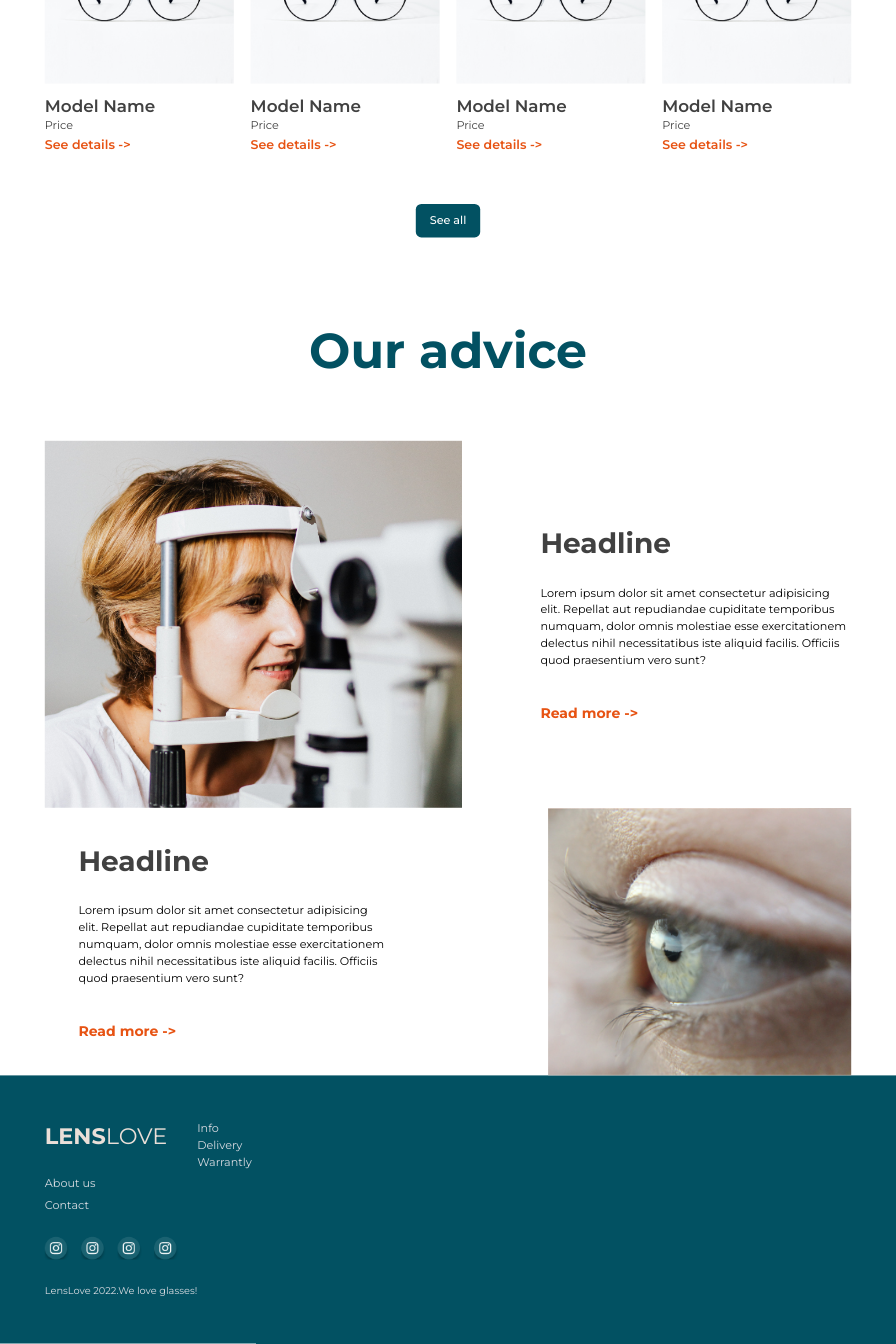
Repository: thienthanhvinh/glasses-react
Page: /
The author's editor kept a copy of each file at every save. The page is drawn from the files as they stood at one save, then again after a run of saves.
The browser window is 1280 px wide. The pictures show the part of the page from y = 3725 to 5645 px (the page is 5645 px tall), at 70% of full size.
The project was rebuilt for these pictures with package versions that can differ from the ones it lists, and the page was loaded fresh each time. Also part of the build but not shown: src/App.css, src/components/common/FormGroup.js, src/components/input/Input.js, src/components/label/Label.js, src/hooks/useDarkMode.js, src/layout/LayoutAuthentication.js, src/components/icons/IconEyeToggle.js, src/pages/SignInPage.js and 1 more.

Above is the page before, as saved 2023-02-13 10:24:51.

### public/index.html
<!DOCTYPE html>
<html lang="en">
  <head>
    <meta charset="utf-8" />
    <link rel="icon" href="%PUBLIC_URL%/favicon.ico" />
    <meta name="viewport" content="width=device-width, initial-scale=1" />
    <meta name="theme-color" content="#000000" />
    <meta
      name="description"
      content="Web site created using create-react-app"
    />
    <link rel="apple-touch-icon" href="%PUBLIC_URL%/logo192.png" />
    <!--
      manifest.json provides metadata used when your web app is installed on a
      user's mobile device or desktop. See https://developers.google.com/web/fundamentals/web-app-manifest/
    -->
    <link rel="manifest" href="%PUBLIC_URL%/manifest.json" />
    <!--
      Notice the use of %PUBLIC_URL% in the tags above.
      It will be replaced with the URL of the `public` folder during the build.
      Only files inside the `public` folder can be referenced from the HTML.

      Unlike "/favicon.ico" or "favicon.ico", "%PUBLIC_URL%/favicon.ico" will
      work correctly both with client-side routing and a non-root public URL.
      Learn how to configure a non-root public URL by running `npm run build`.
    -->
    <link href="https://fonts.googleapis.com/css2?family=Montserrat:wght@300;400;500;600;700&display=swap" rel="stylesheet">
    <title>React App</title>
  </head>
  <body>
    <noscript>You need to enable JavaScript to run this app.</noscript>
    <div id="root"></div>
    <!--
      This HTML file is a template.
      If you open it directly in the browser, you will see an empty page.

      You can add webfonts, meta tags, or analytics to this file.
      The build step will place the bundled scripts into the <body> tag.

      To begin the development, run `npm start` or `yarn start`.
      To create a production bundle, use `npm run build` or `yarn build`.
    -->
  </body>
</html>

### src/index.js
import React from 'react';
import ReactDOM from 'react-dom/client';
import './index.css';
import App from './App';
import reportWebVitals from './reportWebVitals';
import { BrowserRouter } from 'react-router-dom';
import { ToastContainer, toast } from 'react-toastify';
import 'react-toastify/dist/ReactToastify.css';

const root = ReactDOM.createRoot(document.getElementById('root'));
root.render(
  // <React.StrictMode>
  <BrowserRouter>
    <App />
    <ToastContainer></ToastContainer>
  </BrowserRouter>
  // </React.StrictMode>
);

// If you want to start measuring performance in your app, pass a function
// to log results (for example: reportWebVitals(console.log))
// or send to an analytics endpoint. Learn more: https://bit.ly/CRA-vitals
reportWebVitals();

### src/index.css
/* body {
  margin: 0;
  font-family: -apple-system, BlinkMacSystemFont, 'Segoe UI', 'Roboto', 'Oxygen',
    'Ubuntu', 'Cantarell', 'Fira Sans', 'Droid Sans', 'Helvetica Neue',
    sans-serif;
  -webkit-font-smoothing: antialiased;
  -moz-osx-font-smoothing: grayscale;
}

code {
  font-family: source-code-pro, Menlo, Monaco, Consolas, 'Courier New',
    monospace;
} */

@tailwind base;
@tailwind components;
@tailwind utilities;

body {
  font-family: 'Montserrat', sans-serif;
}
/* .darkmode-input:checked + div .darkmode-spinner {
  transform: translateX(33px);
} */
.active-light {
  transform: translateX(0px);
  transition: all 0.4s;
}
.active-dark {
  transform: translateX(33px);
  transition: all 0.4s;
}

/* .darkmode-input:checked + div {


} */

/* .darkmode-input:checked + div .darkmode-spinner {
  background-color: white;
} */

### src/App.js

import { Route, Routes } from 'react-router-dom';
import './App.css';
import HomePage from './pages/HomePage';
import SignInPage from './pages/SignInPage';
import SignUpPage from './pages/SignUpPage';

function App() {
  return (
    <Routes>
      <Route path='/sign-up' element={<SignUpPage></SignUpPage>}></Route>
      <Route path='/sign-in' element={<SignInPage></SignInPage>}></Route>
      <Route path='/' element={<HomePage></HomePage>}></Route>
    </Routes>
  );
}

export default App;

### src/pages/HomePage.js
import React, { Fragment } from "react";
import Category from "../components/category/Category";
import Heading from "../components/common/Heading";
import Intro from "../components/intro/Intro";
import SpringSales from "../components/sales/SpringSales";
import LayoutMenu from "../layout/LayoutMenu";
import GlassesGrid from "../modules/GlassesGrid";
import GlassesItem from "../modules/GlassesItem";
import { v4 } from "uuid";
import Button from "../components/button/Button";
import HeadLine from "../modules/HeadLine";
import LayoutFooter from "../layout/LayoutFooter";

const HomePage = () => {
  return (
    <Fragment>
      <LayoutMenu></LayoutMenu>
      <SpringSales></SpringSales>
      <Intro></Intro>
      <Category></Category>
      <Heading>Popular</Heading>
      <GlassesGrid>
        {Array(4)
          .fill(0)
          .map((item) => (
            <GlassesItem key={v4()}></GlassesItem>
          ))}
        {/* <GlassesItem></GlassesItem> */}
      </GlassesGrid>
      <div className="text-center mb-[140px]">
        <Button className="mt-[70px] px-5 py-2 rounded-[4px]">See all</Button>
      </div>
      <Heading>New</Heading>
      <GlassesGrid>
        {Array(4)
          .fill(0)
          .map((item) => (
            <GlassesItem key={v4()}></GlassesItem>
          ))}
      </GlassesGrid>
      <div className="text-center mb-[140px]">
        <Button className="mt-[70px] px-5 py-2 rounded-[4px]">See all</Button>
      </div>
      <Heading>Sunwear</Heading>
      <GlassesGrid>
        {Array(4)
          .fill(0)
          .map((item) => (
            <GlassesItem key={v4()}></GlassesItem>
          ))}
      </GlassesGrid>
      <div className="text-center mb-[112px]">
        <Button className="mt-[70px] px-5 py-2 rounded-[4px]">See all</Button>
      </div>
      <Heading className="mb-[80px]">Our advice</Heading>
      <HeadLine></HeadLine>
      <HeadLine type="secondary"></HeadLine>
      <LayoutFooter></LayoutFooter>
    </Fragment>
  );
};

export default HomePage;

### src/components/category/Category.js
import React from 'react';
import Button from '../button/Button';

const Category = () => {
    return (
        <div className='flex mb-[112px] mx-auto max-w-[1400px] w-full gap-x-2'>
            <div className='h-[596px] relative'>
                <img src="/category1.png" alt="" className='w-full h-full object-cover' />
                <div className='absolute bottom-24 left-14'>
                    <p className='font-extrabold text-[40px] leading-[98px] text-white'>Optical</p>
                    <Button className='bg-secondary text-primary rounded-[4px] px-6 py-2 font-bold text-lg leading-[30px]'>Buy</Button>
                </div>
            </div>
            <div className='h-[596px] relative'>
                <img src="/category2.png" alt="" className='w-full h-full object-cover' />
                <div className='absolute bottom-24 left-14'>
                    <p className='font-extrabold text-[40px] leading-[98px] text-white'>Sunwear</p>
                    <Button className='bg-secondary text-primary rounded-[4px] px-6 py-2 font-bold text-lg leading-[30px]'>Buy</Button>
                </div>
            </div>
        </div>
    );
};

export default Category;

### src/components/common/Heading.js
import React from 'react';

const Heading = ({children, className = ''}) => {
    return (
        <h2 className={`font-extrabold text-[70px] leading-[98px] text-center text-primary mb-[70px] ${className}`}>
            {children}
        </h2>
    );
};
export default Heading;

### src/components/intro/Intro.js
import React from 'react';

const Intro = () => {
    return (
        <div className='flex items-center justify-center gap-x-[300px] mt-[64px] mb-[110px]'>
            <div className='flex flex-col items-center'>
                <img srcSet="/Icon1.png 2x" alt="" className='w-[80px] h-[80px] object-cover' />
                <p className='text-tertiary text-xl leading-[30px] font-bold'>Original products</p>
            </div>
            <div className='flex flex-col items-center'>
                <img srcSet="/Icon2.png 2x" alt="" className='w-[80px] h-[80px] object-cover' />
                <p className='text-tertiary text-xl leading-[30px] font-bold'>Original products</p>
            </div>
            <div className='flex flex-col items-center'>
                <img srcSet="/Icon3.png 2x" alt="" className='w-[80px] h-[80px] object-cover' />
                <p className='text-tertiary text-xl leading-[30px] font-bold'>Original products</p>
            </div>
        </div>
    );
};

export default Intro;

### src/components/sales/SpringSales.js
import React from 'react';
import Button from '../button/Button';

const SpringSales = () => {
    return (
        <div className='bg-secondary h-[700px] w-full flex items-center justify-between'>
            <div className='ml-[112px]'>
                <h2 className='text-primary text-[70px] font-extrabold leading-[98px]'>Spring Sale</h2>
                <p className='text-primary text-[50px] font-medium leading-[68px] mb-[48px]'>Up to -40%</p>
                <Button className='text-white bg-primary rounded-lg px-8 py-2 text-lg'>See offer</Button>
            </div>
            <div className='h-[700px]'>
                <img src="/photo1.png" alt="" className='w-full h-auto object-cover' />
            </div>
        </div>
    );
};

export default SpringSales;

### src/layout/LayoutMenu.js
import React from "react";
import { Link } from "react-router-dom";
import Navbar from "../components/navbar/Navbar";

const LayoutMenu = () => {
  return (
    <div className="py-10 px-16">
      <div className="flex items-center justify-between mb-14">
        <img src="/logo.png" alt="" className="w-[140px] h-auto object-cover" />
        <div className="flex gap-x-5 text-secondary-3 text-[15px] font-medium">
            <span>0371 525 777</span>
            <Link to="/">Help</Link>
            <Link to="/sign-in">Account</Link>
        </div>
      </div>
      <Navbar></Navbar>
    </div>
  );
};

export default LayoutMenu;

### src/modules/GlassesGrid.js
import React from 'react';

const GlassesGrid = ({children, className = ''}) => {
    return (
        <div className={`grid grid-cols-4 gap-x-6 px-16 ${className}`}>
            {children}
        </div>
    );
};

export default GlassesGrid;

### src/modules/GlassesItem.js
import React from "react";

const GlassesItem = () => {
  return (
    <div className="flex flex-col">
      <div className="h-[250px] mb-4">
        <img src="/glasses.png" alt="" className="w-full h-full object-cover" />
      </div>
      <p className="text-secondary-3 font-semibold text-2xl">Model Name</p>
      <p className="font-normal text-secondary-3">Price</p>
      <p className="font-semibold text-lg leading-[30px] text-tertiary">
        See details ->
      </p>
    </div>
  );
};

export default GlassesItem;

### src/components/button/Button.js
import React from 'react';

const Button = ({type, children, className=''}) => {
    return (
        <button type='submit' className={`bg-primary text-white ${className} rounded-lg px-3 py-3 font-medium`}>
            {children}
        </button>
    );
};

export default Button;

### src/modules/HeadLine.js
import React from "react";
import HeadlineImage from "./HeadlineImage";
import HeadlineContent from "./HeadlineContent";

const HeadLine = ({type = "default"}) => {
    if(type === "default") {
        return (
            <div className="w-full flex items-center gap-x-[112px] px-16">
              <HeadlineImage></HeadlineImage>
              <HeadlineContent></HeadlineContent>
            </div>
          );
    } else {
        return (
            <div className="w-full flex items-center gap-x-[227px] px-16">
              <HeadlineContent className="ml-[48px]"></HeadlineContent>
              <HeadlineImage src="headline2.png" className=""></HeadlineImage>
            </div>
          );
    }

};

export default HeadLine;

### src/layout/LayoutFooter.js
import React from 'react';
import { Link } from 'react-router-dom';

const LayoutFooter = () => {
    return (
        <div className='bg-primary flex px-16 py-16 text-gray-white'>
            <div className='flex flex-col'>
                <h2 className='text-secondary font-extrabold text-[32px] leading-[46px] mb-8'>LENS<span className='font-normal'>LOVE</span></h2>
                <Link to="/about" className='mb-2'>About us</Link>
                <Link to="contact" className='mb-8'>Contact</Link>
                <div className='flex gap-x-4 mb-8'>
                    <span><img src="/Instagram.png" alt="" /></span>
                    <span><img src="/Instagram.png" alt="" /></span>
                    <span><img src="/Instagram.png" alt="" /></span>
                    <span><img src="/Instagram.png" alt="" /></span>
                </div>
                <p className='text-[14px] leading-[24px]'>LensLove 2022.We love glasses!</p>
            </div>
            <div>
                <div>
                    <h3>Info</h3>
                    <p>Delivery</p>
                    <p>Warrantly</p>

                </div>
            </div>
        </div>
    );
};

export default LayoutFooter;

### src/components/navbar/Navbar.js
import React from "react";
import { Link } from "react-router-dom";

const Navbar = () => {
  return (
    <div className="flex">
      <ul className="flex text-sm font-semibold gap-x-8">
        <li>
          <Link to="/">Shops</Link>
        </li>
        <li>
          <Link to="/">Offers</Link>
        </li>
        <li>
          <Link to="/">Warranty</Link>
        </li>
        <li>
          <Link to="/">Medical</Link>
        </li>
        <li>
          <Link to="/">Info</Link>
        </li>
        <li>
          <Link to="/">Blog</Link>
        </li>
        <li>
          <Link to="/">About us</Link>
        </li>
        <li>
          <Link to="/">Contact</Link>
        </li>
      </ul>
      <div className="ml-auto flex items-center gap-x-8">
        <div className="flex gap-x-[6px] items-center">
          <svg
            width={18}
            height={17}
            viewBox="0 0 18 17"
            fill="none"
            xmlns="http://www.w3.org/2000/svg"
          >
            <path
              d="M17.153 15.747L12.8535 11.5161C13.9794 10.2929 14.6712 8.67509 14.6712 6.89489C14.6707 3.0867 11.534 0 7.66437 0C3.79477 0 0.658081 3.0867 0.658081 6.89489C0.658081 10.7031 3.79477 13.7898 7.66437 13.7898C9.3363 13.7898 10.8698 13.2115 12.0743 12.2501L16.3905 16.4976C16.6008 16.7047 16.9422 16.7047 17.1525 16.4976C17.3633 16.2904 17.3633 15.9541 17.153 15.747ZM7.66437 12.729C4.39027 12.729 1.7361 10.117 1.7361 6.89489C1.7361 3.67281 4.39027 1.06082 7.66437 1.06082C10.9385 1.06082 13.5926 3.67281 13.5926 6.89489C13.5926 10.117 10.9385 12.729 7.66437 12.729Z"
              fill="#414141"
            />
          </svg>
          <span className="text-sm font-semibold">Search</span>
        </div>
        <span>
          <svg
            width="19"
            height="17"
            viewBox="0 0 19 17"
            fill="none"
            xmlns="http://www.w3.org/2000/svg"
          >
            <path
              d="M2.14414 8.80841C0.111678 6.47788 0.614575 3.72661 2.23686 2.03652C3.85628 0.349414 6.5587 -0.245866 8.98238 1.79479L8.98243 1.79483C9.37299 2.12358 9.93842 2.1081 10.3148 1.781L10.3148 1.78097C12.5442 -0.15713 15.2905 0.329246 16.9821 1.956C17.8273 2.76872 18.3905 3.85299 18.4856 5.03784C18.5799 6.21232 18.2175 7.5254 17.1436 8.81679L10.2601 16.0112C9.92623 16.3602 9.36908 16.3602 9.03526 16.0113L2.14414 8.80841Z"
              stroke="#414141"
            />
          </svg>
        </span>
        <span>
          <svg
            width="17"
            height="18"
            viewBox="0 0 17 18"
            fill="none"
            xmlns="http://www.w3.org/2000/svg"
          >
            <path
              d="M0.672966 15.0244L1.47201 5.03632H10.653L11.452 15.0244C11.5228 15.9093 10.8238 16.6665 9.93602 16.6665H2.18895C1.30121 16.6665 0.602173 15.9093 0.672966 15.0244Z"
              stroke="#414141"
              stroke-linecap="round"
              stroke-linejoin="round"
            />
            <path
              d="M3.58252 7.56769V3.52604C3.58252 2.68402 4.08773 1 6.10856 1C8.12938 1 8.63459 2.68402 8.63459 3.52604V7.56769"
              stroke="#414141"
              stroke-linecap="round"
              stroke-linejoin="round"
            />
            <rect x="6" y="9" width="11" height="8" rx="4" fill="#414141" />
            <path
              d="M11.8424 15.084C11.5568 15.084 11.3048 15.0233 11.0864 14.902C10.868 14.7788 10.6972 14.608 10.574 14.3896C10.4527 14.1712 10.392 13.9192 10.392 13.6336V12.3344C10.392 12.0488 10.4527 11.7968 10.574 11.5784C10.6972 11.36 10.868 11.1901 11.0864 11.0688C11.3048 10.9456 11.5568 10.884 11.8424 10.884C12.128 10.884 12.3791 10.9456 12.5956 11.0688C12.814 11.1901 12.9848 11.36 13.108 11.5784C13.2312 11.7968 13.2928 12.0488 13.2928 12.3344V13.6336C13.2928 13.9192 13.2312 14.1712 13.108 14.3896C12.9848 14.608 12.814 14.7788 12.5956 14.902C12.3791 15.0233 12.128 15.084 11.8424 15.084ZM11.8424 14.4428C11.9843 14.4428 12.1131 14.4092 12.2288 14.342C12.3445 14.2729 12.436 14.1815 12.5032 14.0676C12.5704 13.9519 12.604 13.8231 12.604 13.6812V12.284C12.604 12.1403 12.5704 12.0115 12.5032 11.8976C12.436 11.7819 12.3445 11.6904 12.2288 11.6232C12.1131 11.5541 11.9843 11.5196 11.8424 11.5196C11.7005 11.5196 11.5717 11.5541 11.456 11.6232C11.3403 11.6904 11.2488 11.7819 11.1816 11.8976C11.1144 12.0115 11.0808 12.1403 11.0808 12.284V13.6812C11.0808 13.8231 11.1144 13.9519 11.1816 14.0676C11.2488 14.1815 11.3403 14.2729 11.456 14.342C11.5717 14.4092 11.7005 14.4428 11.8424 14.4428Z"
              fill="white"
            />
          </svg>
        </span>
      </div>
    </div>
  );
};

export default Navbar;

### src/modules/HeadlineImage.js
import React from 'react';

const HeadlineImage = ({className= '', src = "/headline1.png"}) => {
    return (
        <div className={className}>
             <img src={src} alt="" />
        </div>
    );
};

export default HeadlineImage;

### src/modules/HeadlineContent.js
import React from "react";

const HeadlineContent = ({className = ''}) => {
  return (
    <div className={className}>
      <h2 className="text-secondary-3 font-extrabold text-[40px] leading-[54px] mb-8">
        Headline
      </h2>
      <p className="w-[444px] mb-[48px]">
        Lorem ipsum dolor sit amet consectetur adipisicing elit. Repellat aut
        repudiandae cupiditate temporibus numquam, dolor omnis molestiae esse
        exercitationem delectus nihil necessitatibus iste aliquid facilis.
        Officiis quod praesentium vero sunt?
      </p>
      <p className="text-tertiary text-xl font-bold leading-[30px]">
        Read more ->
      </p>
    </div>
  );
};

export default HeadlineContent;

### tailwind.config.js
/** @type {import('tailwindcss').Config} */
module.exports = {
  content: [
    "./src/**/*.{js,jsx,ts,tsx}",
  ],
  darkMode: 'class',
  theme: {
    extend: {
      colors: {
        'color-1': "#808191",
        'color-2': "#2d3436",
        'primary' : '#025162',
        'secondary': '#EADFD8',
        'secondary-3': '#414141',
        'tertiary' : '#E75313',
        'lens': '#D4E1F4',
        'gray-white': '#D9DBE1',
        'dark-text-primary': '#dfe6e9',
        'dark-color' : '#4e4f50',
        'dark-secon-color': '#2d3436',
        'dark-third-color': '#3a3a3a',
        'dark-four-color' : '#242526',
        'dark-five-color' : '#3A3A3A',

      }
    },
  },
  plugins: [],
}

Loaded but not shown: src/reportWebVitals.js (common file)

After the next 4 saves:
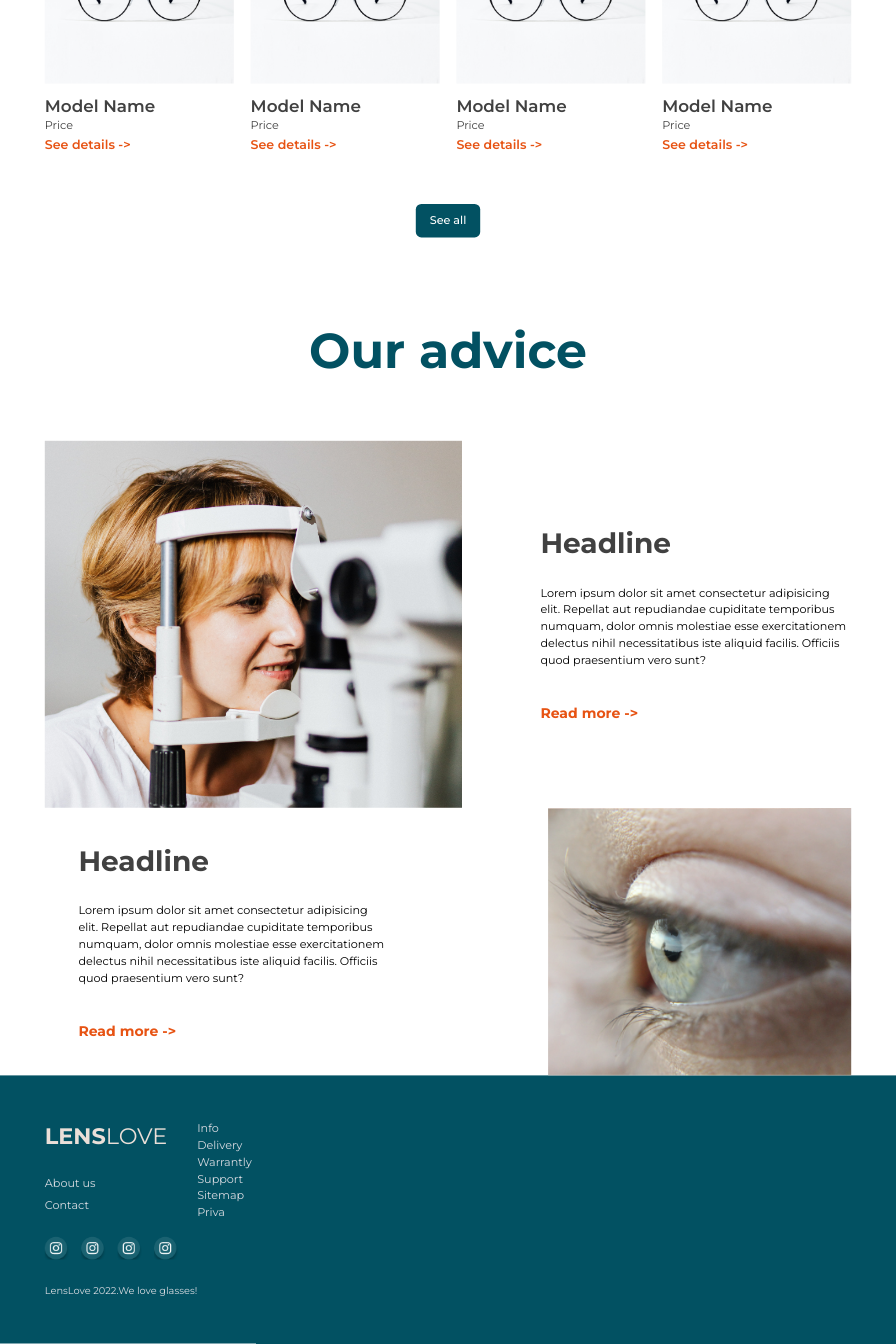
The 4 saves are shown as one change because they came seconds apart.
The last was saved 12 s later.
--- a/src/layout/LayoutFooter.js
+++ b/src/layout/LayoutFooter.js
@@ -21,7 +21,9 @@
                     <h3>Info</h3>
                     <p>Delivery</p>
                     <p>Warrantly</p>
-
+                    <p>Support</p>
+                    <p>Sitemap</p>
+                    <p>Priva</p>
                 </div>
             </div>
         </div>
